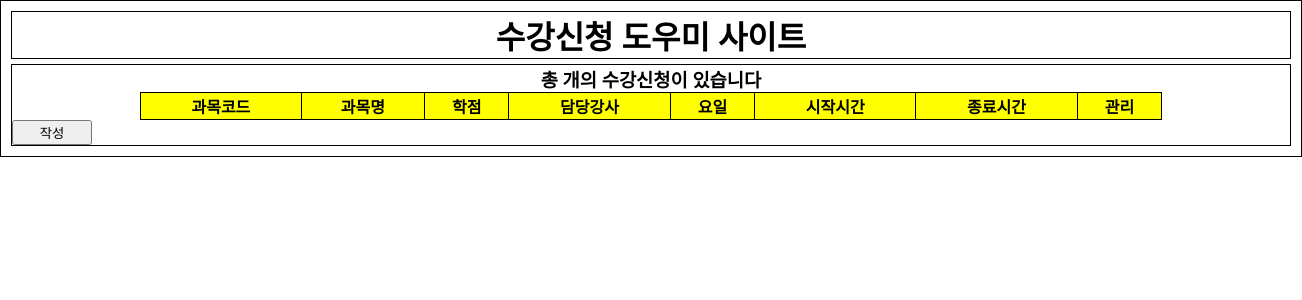
Repository: Tor1a/SpringSet
Page: http://localhost/practice02/WEB-INF/views/home.jsp
The author's editor kept a copy of each file at every save. The page is drawn from the files as they stood at one save, then again after the next save.
The browser window is 1280 px wide. The page is 1302 px wide, so the pictures cover 1302 px, including what lies to the right of the window. The pictures show the whole page.
The page is served by Tomcat 9. Nobody is signed in. The template is opened directly, without the code that normally fills it, so the values that code supplies are empty.

Above is the page before, as saved 2022-04-15 00:18:55.

After the next save:
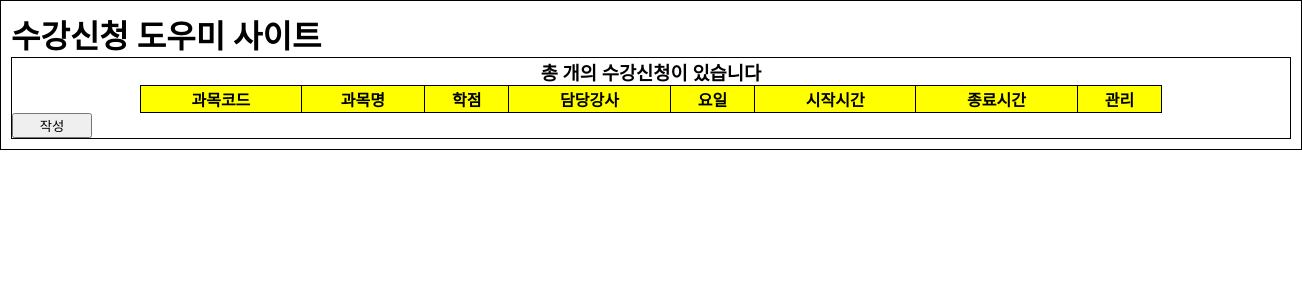
Saved 19 s later.
--- a/practice02/src/main/webapp/resources/css/home.css
+++ b/practice02/src/main/webapp/resources/css/home.css
@@ -12,12 +12,12 @@ body{width: auto; hight: auto;}
 
 #content {display:flex; flex-direction: column; justify-content: center; border: 1px solid black;}
 
-#content .add {display: flex;   width: 80px; hight: 30px; justify-content: center; flex-direction: row-reverse;}
+#content .add{display: flex;   width: 80px; hight: 30px; justify-content: center; flex-direction: row-reverse;}
 
 .liTb {margin: auto; border-collapse: collapse; border: 1px solid black; width: 80%;}
 
-.title{display:flex;  flex-direction:row; justify-content:center;  text-align: center; border: 1px solid black; margin-bottom: 5px;}
-.total {text-align: center;}
+#content .title{display:flex;  flex-direction:row; justify-content:center;  text-align: center; border: 1px solid black; margin-bottom: 5px;}
+#content .total {text-align: center;}
 
 
 
